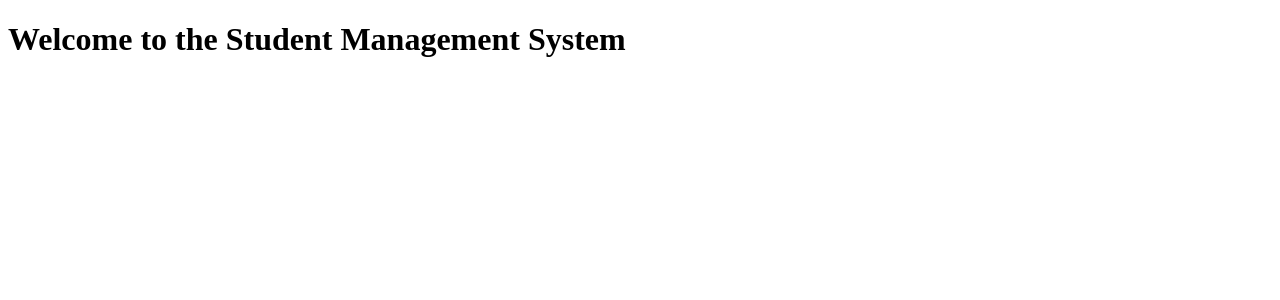
Repository: saraanbih/Student-Management-System
Page: http://localhost/
These files come from the project's save history. The page is drawn as it stood at one moment and after a run of saves; the edit follows.
The browser window is 1280 px wide. The pictures show the whole page.
The page is served by the project's application, run on Django 5.2 (manage.py).

Above is the page before, as saved 2025-09-11 15:05:04.

After the next 3 saves:
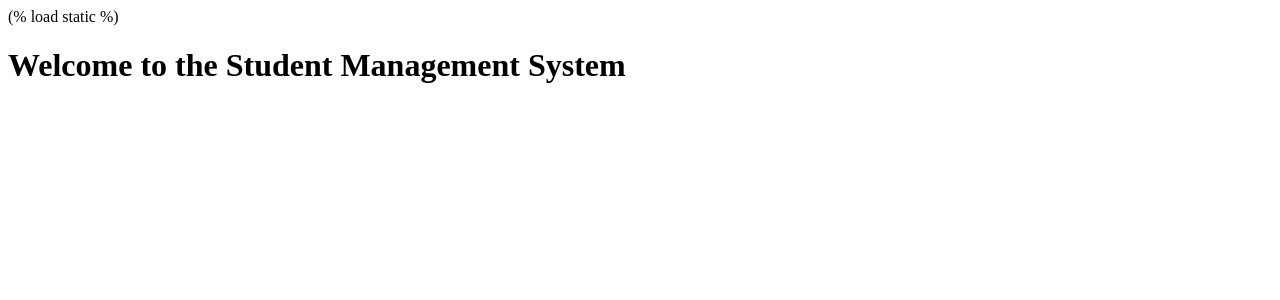
The 3 saves are shown as one change because they came seconds apart.
The last was saved 5 min 25 s later.
--- a/students/templates/students/index.html
+++ b/students/templates/students/index.html
@@ -1,3 +1,4 @@
+(% load static %)
 <!DOCTYPE html>
 <html lang="en">
   <head>
